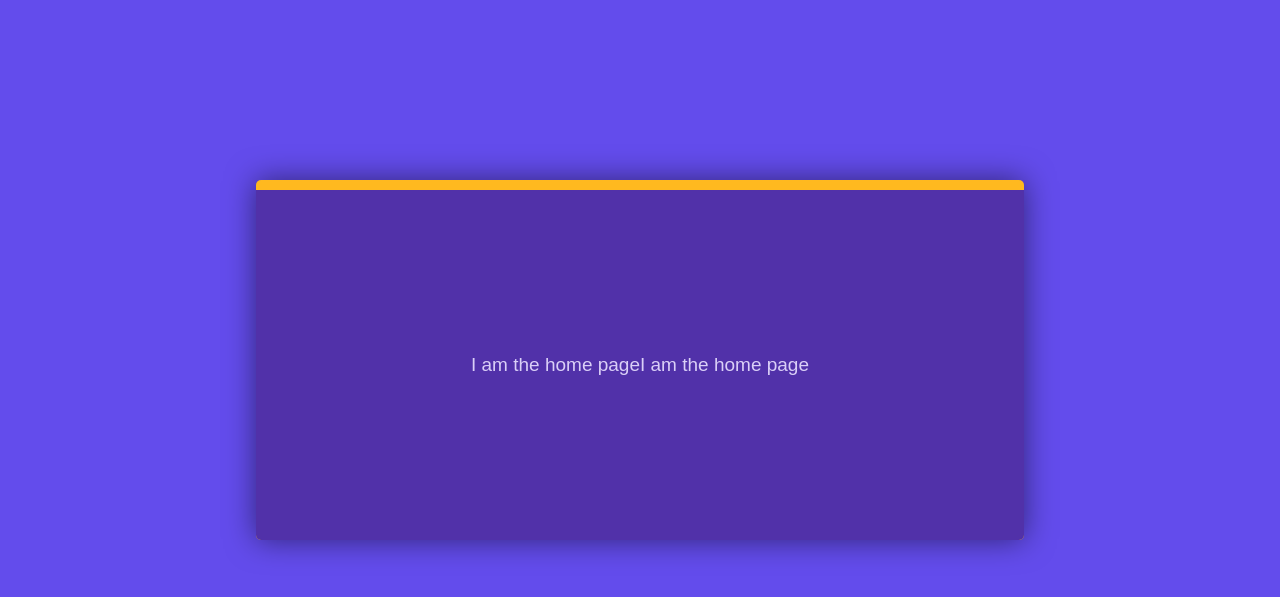
Repository: realistmccoy/browsertab
Page: /
The author's editor kept a copy of each file at every save. The page is drawn from the files as they stood at one save, then again after the next save.
The browser window is 1280 px wide. The pictures show the whole page.
The project was rebuilt for these pictures with package versions that can differ from the ones it lists, and the page was loaded fresh each time.

Above is the page before, as saved 2020-12-21 20:24:02.

After the next save:
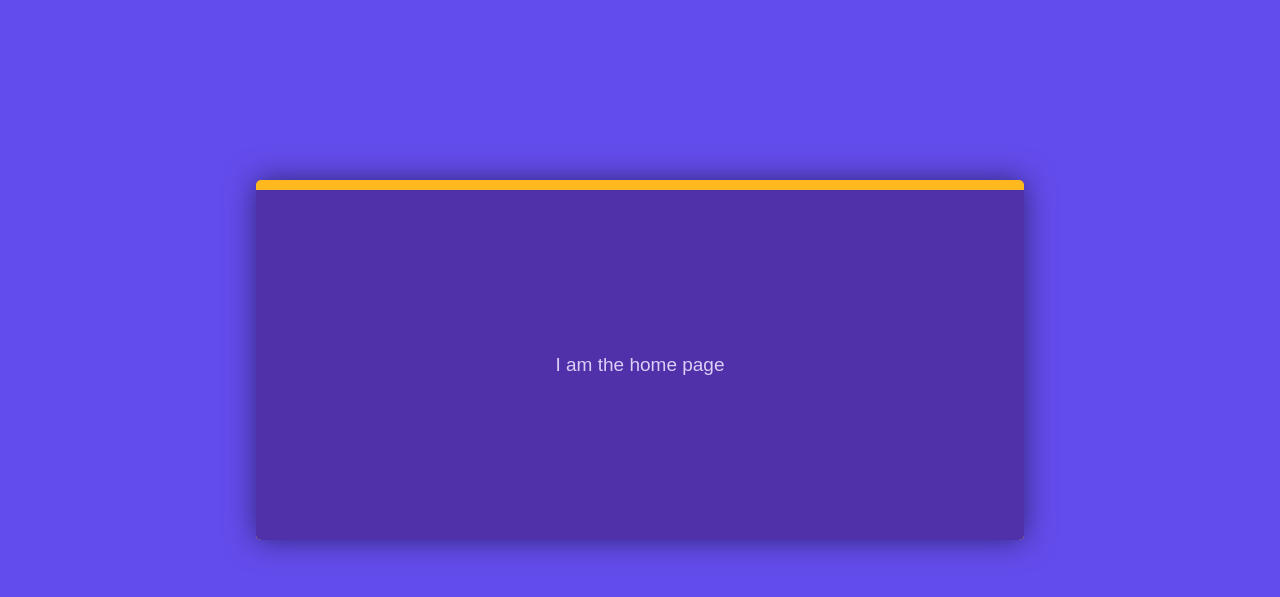
Saved 11 s later.
--- a/src/App.js
+++ b/src/App.js
@@ -19,7 +19,7 @@ function App() {
           <Route path='/about'>
           <Home />
           </Route>
-          <Route path='/'>
+          <Route path='/Contact'>
           <Home />
           </Route>
           </div>
